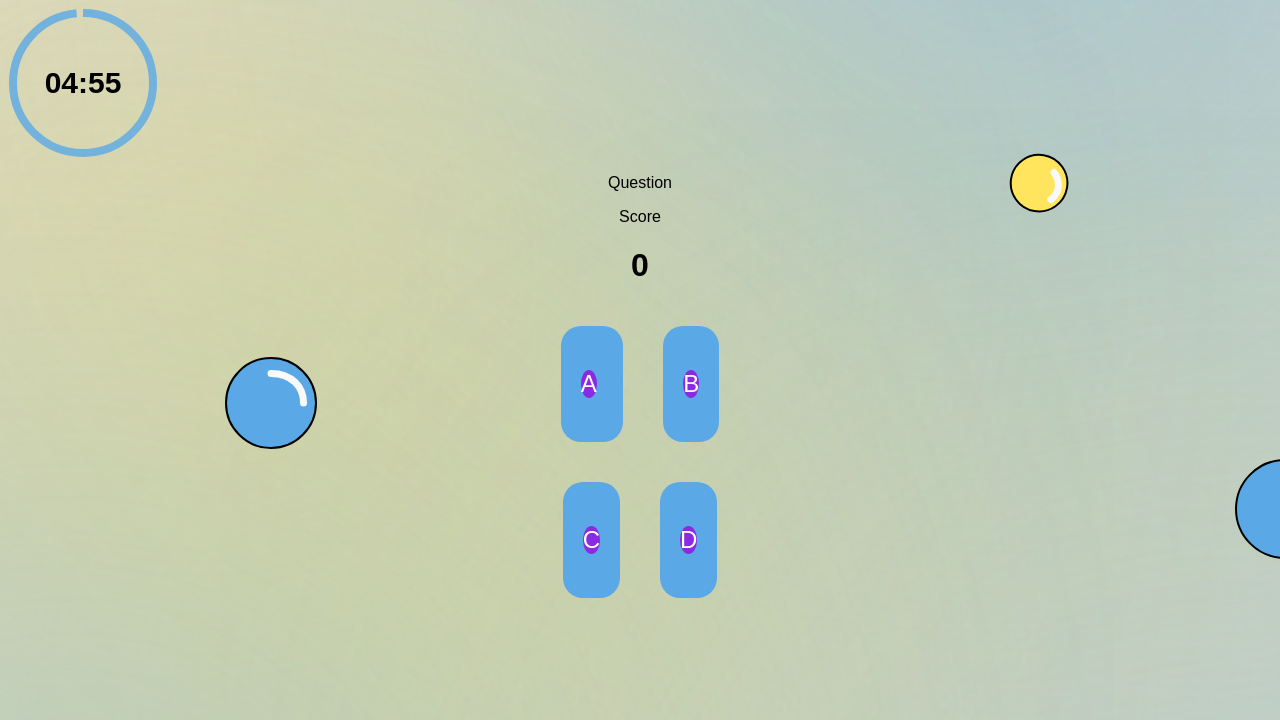
Repository: sierralaurent/SmartiePants
Page: quiz.html
The author's editor kept a copy of each file at every save. The page is drawn from the files as they stood at one save, then again after a run of saves.
The browser window is 1280 px wide. The pictures show the whole page.
The page's requests for data from a server got no answer.

Above is the page before, as saved 2023-05-16 21:47:40.

### quiz.html
<!DOCTYPE html>
<html lang="en">
    <!--Actual Quiz page-->
  <head>
    <meta charset="UTF-8" />
    <meta name="viewport" content="width=device-width, initial-scale=1.0" />
    <meta http-equiv="X-UA-Compatible" content="ie=edge" />
    <title>SMARTIEPANTS | PLAY</title>
    <link rel="stylesheet" href="quiz.css" />
  </head>
<body>
  <div id="time">
    <div class="circle" style="--clr:#ff2972">
        <div class="dots"></div>
        <svg>
            <circle cx="70" cy="70" r="70" id="dd"></circle>
        </svg>
        <div id="timeLeft">00:00</div>
    </div>
</div>

<div class="container">
    <div id="loader"></div>
    <div id="game" >
      <div id="hud">
        <div id="hud-item">
          <p id="progressText">
            Question
          </p>
          <div id="progressBar">
            <div id="progressBarFull"></div>
          </div>
        </div>
        <div id="hud-item">
          <p>
            Score
          </p>
          <h1 id="score">
            0
          </h1>
        </div>
      </div>
      <h2 id="question"></h2>
      <div class="choice-a-b">
        <div class="choice-container">
          <p class="choice-prefix">A </p> &nbsp;
          <p class="choice-text" data-number="1"></p>
        </div>
        <div class="choice-container">
          <p class="choice-prefix">B </p>
          <p class="choice-text" data-number="2"></p>
        </div>
      </div>


<div class="choice-c-d">
  <div class="choice-container">
    <p class="choice-prefix">C </p>
    <p class="choice-text" data-number="3"></p>
  </div>
  <div class="choice-container">
    <p class="choice-prefix">D </p>
    <p class="choice-text" data-number="4"></p>
  </div>
</div>

    </div>
  </div>
  <script src="quiz.js"></script>
  <script src="timer.js"></script>
</body>
</html>

### quiz.css
body {
    background-image: url('./background.svg');
}

#time .circle svg{
    position: relative;
    width: 150px;
    height: 150px;
    transform: rotate(270deg);
    }

    #time .circle svg circle{
        fill: transparent;
        stroke-width: 8;
        stroke: rgba(90, 169, 230, 0.8);
        transform: translate(5px,5px);
        stroke-dasharray: 440;
    }

    #time .circle{
        position: relative;
        width: 150px;
        height: 150px;
        display: flex;
        justify-content: center;
        align-items: center;
    }

    #time div{
        position: absolute;
        text-align: center;
        font-family: Arial, Helvetica, sans-serif;
        font-weight: bold;
        font-size: 30px;
    }

    .container{
        display: flex;
        justify-content: center;
        text-align: center;
        font-family: Arial, Helvetica, sans-serif;
    }

.choice-container{
    display: flex;
    background-color: rgba(90, 169, 230, 1);
    margin: 20px;
    justify-content: center;
    font-size: 24px;
    padding: 20px;
    border-radius: 20px;
    color: white;
}

.choice-a-b{
    display: flex;
     justify-content: center;
}

.choice-c-d{
    display: flex;
     justify-content: center;
}

.choice-prefix{
    background-color: blueviolet;
    border-radius: 100%;
    color: white;
}

### quiz.js
const question = document.getElementById('question');
const choices = Array.from(document.getElementsByClassName('choice-text'));
const progressText = document.getElementById('progressText');
const scoreText = document.getElementById('score');
const progressBarFull = document.getElementById('progressBarFull');
const loader = document.getElementById('loader');
const game = document.getElementById('game');
let currentQuestion = {};
let acceptingAnswers = false;
let score = 0;
let questionCounter = 0;
let availableQuesions = [];

let questions = [];

fetch(
    'https://opentdb.com/api.php?amount=10&difficulty=easy&type=multiple'
)
    .then((res) => {
        return res.json();
    })
    .then((loadedQuestions) => {
        questions = loadedQuestions.results.map((loadedQuestion) => {
            const formattedQuestion = {
                question: loadedQuestion.question,
            };

            const answerChoices = [...loadedQuestion.incorrect_answers];
            formattedQuestion.answer = Math.floor(Math.random() * 4) + 1;
            answerChoices.splice(
                formattedQuestion.answer - 1,
                0,
                loadedQuestion.correct_answer
            );

            answerChoices.forEach((choice, index) => {
                formattedQuestion['choice' + (index + 1)] = choice;
            });

            return formattedQuestion;
        });

        startGame();
    })
    .catch((err) => {
        console.error(err);
    });

//CONSTANTS
const CORRECT_BONUS = 10;
const MAX_QUESTIONS = 10;

startGame = () => {
    questionCounter = 0;
    score = 0;
    availableQuesions = [...questions];
    getNewQuestion();
    game.classList.remove('hidden');
    loader.classList.add('hidden');
};

getNewQuestion = () => {
    if (availableQuesions.length === 0 || questionCounter >= MAX_QUESTIONS) {
        localStorage.setItem('mostRecentScore', score);
        //go to the end page
        return window.location.assign('/end.html');
    }
    questionCounter++;
    progressText.innerText = `Question ${questionCounter}/${MAX_QUESTIONS}`;
    //Update the progress bar
    progressBarFull.style.width = `${(questionCounter / MAX_QUESTIONS) * 100}%`;

    const questionIndex = Math.floor(Math.random() * availableQuesions.length);
    currentQuestion = availableQuesions[questionIndex];
    question.innerHTML = currentQuestion.question;

    choices.forEach((choice) => {
        const number = choice.dataset['number'];
        choice.innerHTML = currentQuestion['choice' + number];
    });

    availableQuesions.splice(questionIndex, 1);
    acceptingAnswers = true;
};

choices.forEach((choice) => {
    choice.addEventListener('click', (e) => {
        if (!acceptingAnswers) return;

        acceptingAnswers = false;
        const selectedChoice = e.target;
        const selectedAnswer = selectedChoice.dataset['number'];

        const classToApply =
            selectedAnswer == currentQuestion.answer ? 'correct' : 'incorrect';

        if (classToApply === 'correct') {
            incrementScore(CORRECT_BONUS);
        }

        selectedChoice.parentElement.classList.add(classToApply);

        setTimeout(() => {
            selectedChoice.parentElement.classList.remove(classToApply);
            getNewQuestion();
        }, 1000);
    });
});

incrementScore = (num) => {
    score += num;
    scoreText.innerText = score;
};

### timer.js

        let timeLeft = document.getElementById("timeLeft");
        let countdownCircle = document.getElementById('dd');
        let dots = document.querySelector('.dots');
        let endTime = new Date();
        endTime.setMinutes(endTime.getMinutes() + 5);

        let x = setInterval(function(){
            let now = new Date().getTime();
            let distance = endTime - now;


            let minutes = Math.floor((distance % (1000 * 60 * 60)) / (1000 * 60));
            let seconds = Math.floor((distance % (1000 * 60)) / 1000);


            timeLeft.innerHTML = minutes.toString().padStart(2, '0') + ":" +
                                  seconds.toString().padStart(2, '0');


            let radius = (distance / (endTime - now)) * 70;
            countdownCircle.setAttribute('r', radius);

            if (distance <= 0) {
                clearInterval(x);
                timeLeft.innerHTML = "00:00";
                showAlert();

            }

            dd.style.strokeDashoffset = 440 - (440 * (distance / (5 * 60 * 1000)));

        }, 1000);
        function showAlert(){
            alert("time is over");
        }

After the next 2 saves:
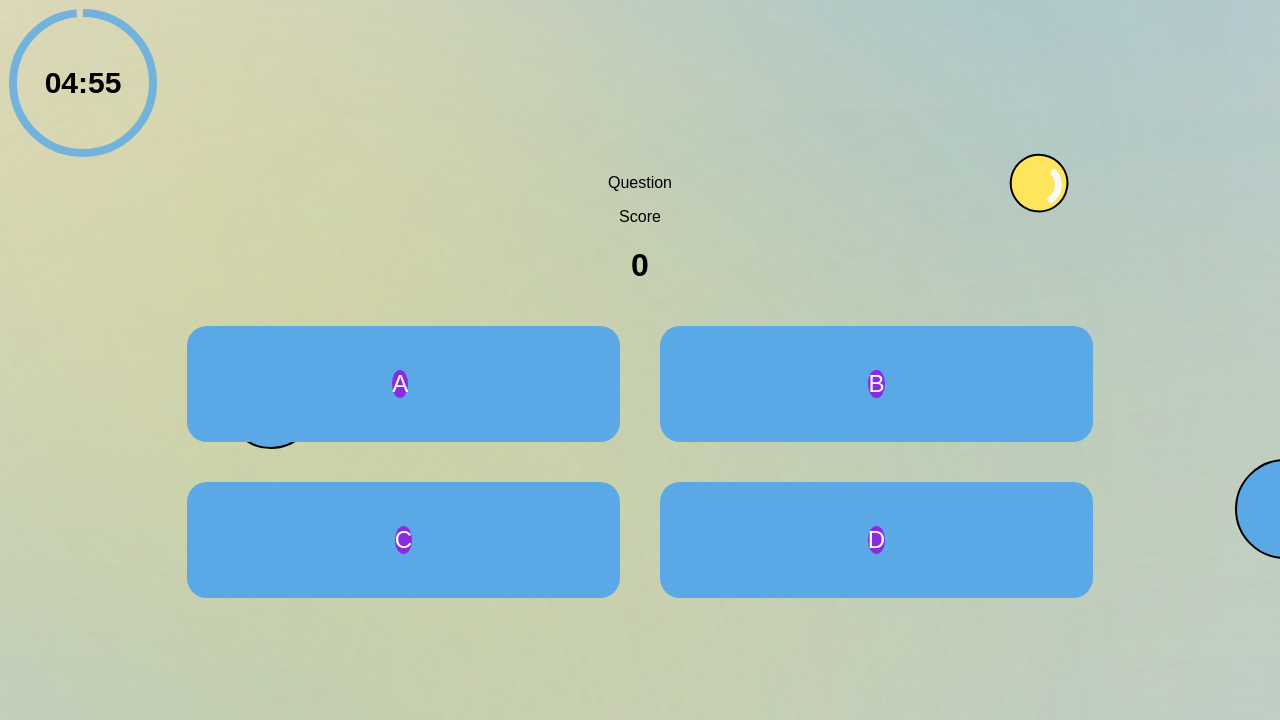
The 2 saves are shown as one change because they came seconds apart.
The last was saved 23 s later.
--- a/quiz.css
+++ b/quiz.css
@@ -50,6 +50,7 @@ body {
     padding: 20px;
     border-radius: 20px;
     color: white;
+    width: 393px;
 }
 
 .choice-a-b{
